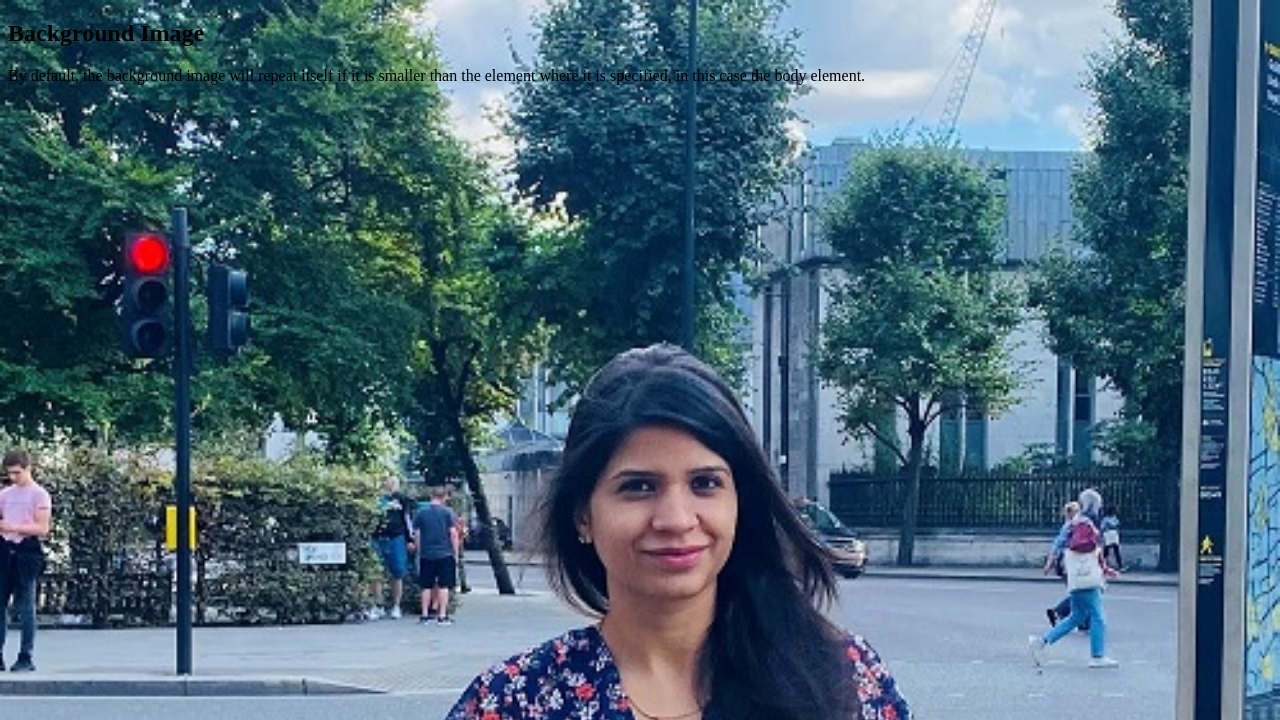
Repository: priyanka-bishnoi/PortfolioPage
Page: MyPage.html
The author's editor kept a copy of each file at every save. The page is drawn from the files as they stood at one save, then again after the next save.
The browser window is 1280 px wide. The pictures show the whole page.

Above is the page before, as saved 2022-10-06 23:51:00.

After the next save:
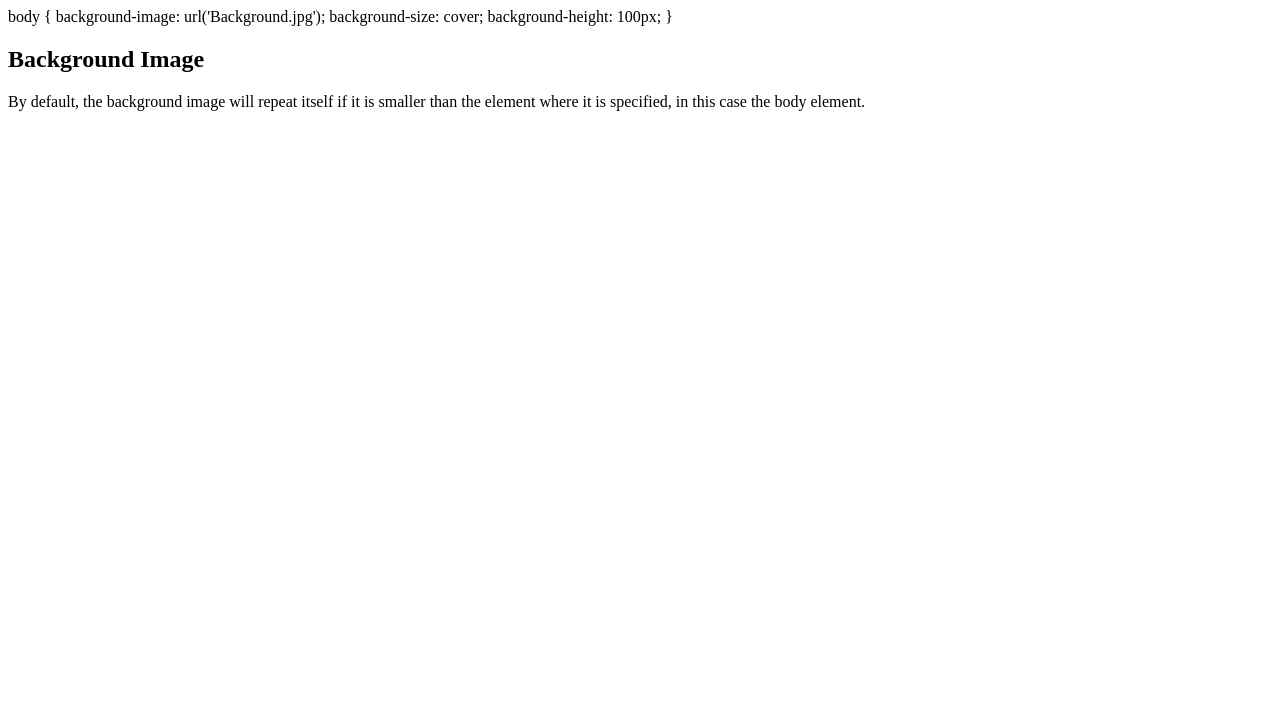
Not found: css/style.css
Saved 7 min 57 s later.
--- a/MyPage.html
+++ b/MyPage.html
@@ -1,6 +1,7 @@
 <!DOCTYPE html>
 <html>
 <head>
+    <link rel="stylesheet" href="css/style.css"
 <style>
 body {
   background-image: url('Background.jpg');
